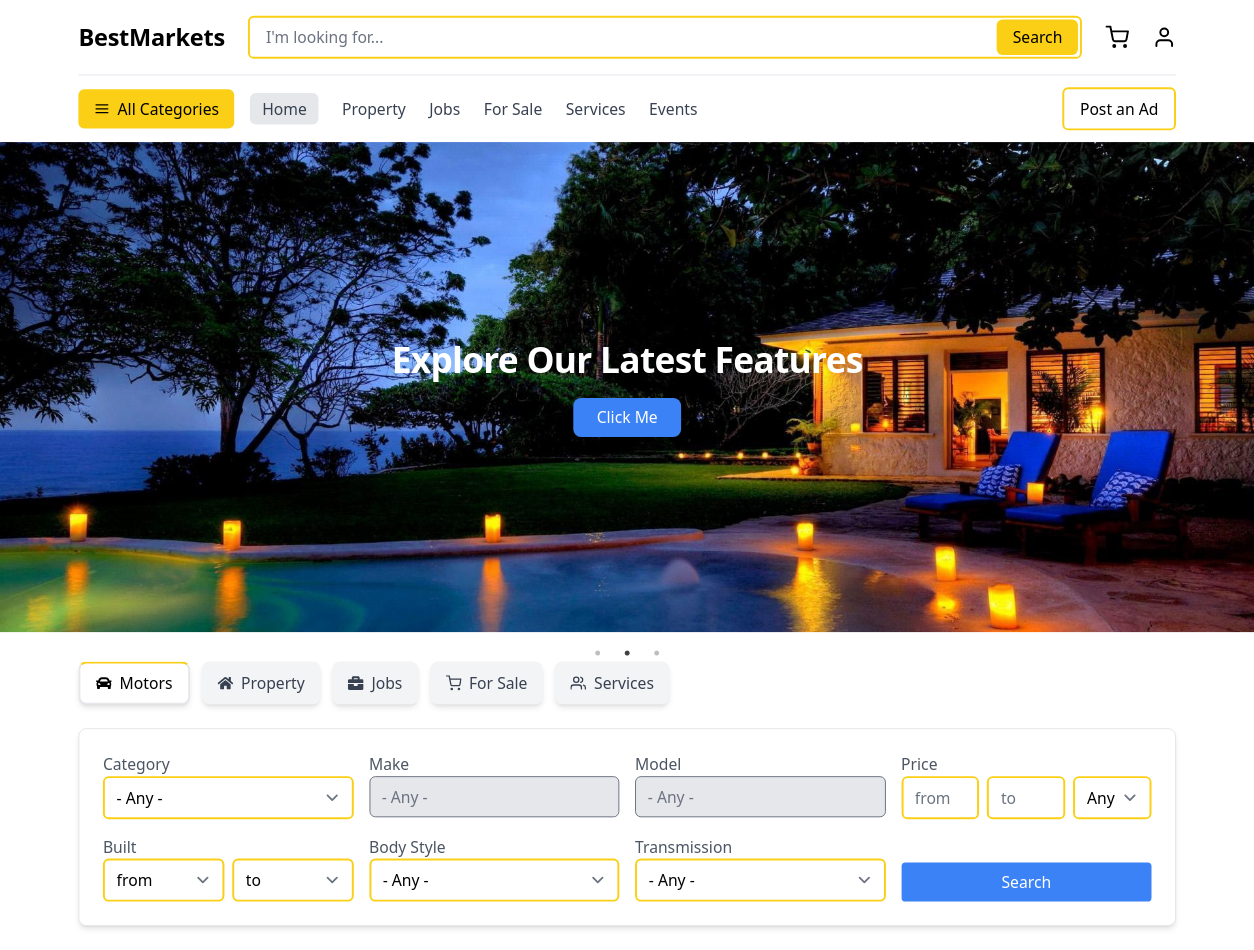
Repository: geri1123/classifieds
Page: / (app in frontend/)
These files come from the project's save history. The page is drawn as it stood at one moment and after the next save; the edit follows.
The browser window is 1280 px wide. The pictures show the whole page, at 98% of full size.
The page's requests for data from a server got no answer. The project was rebuilt for these pictures with package versions that can differ from the ones it lists, and the page was loaded fresh each time. The framework's server and built-in components were replaced by stand-ins that run in the browser. No one was signed in, and anything a server would have sent is missing. Also part of the build but not shown: frontend/next.config.mjs, frontend/src/app/components/ui/DropdownMenu.jsx, frontend/src/app/auth/login/login.jsx.

Above is the page before, as saved 2025-03-29 14:01:10.

After the next save:
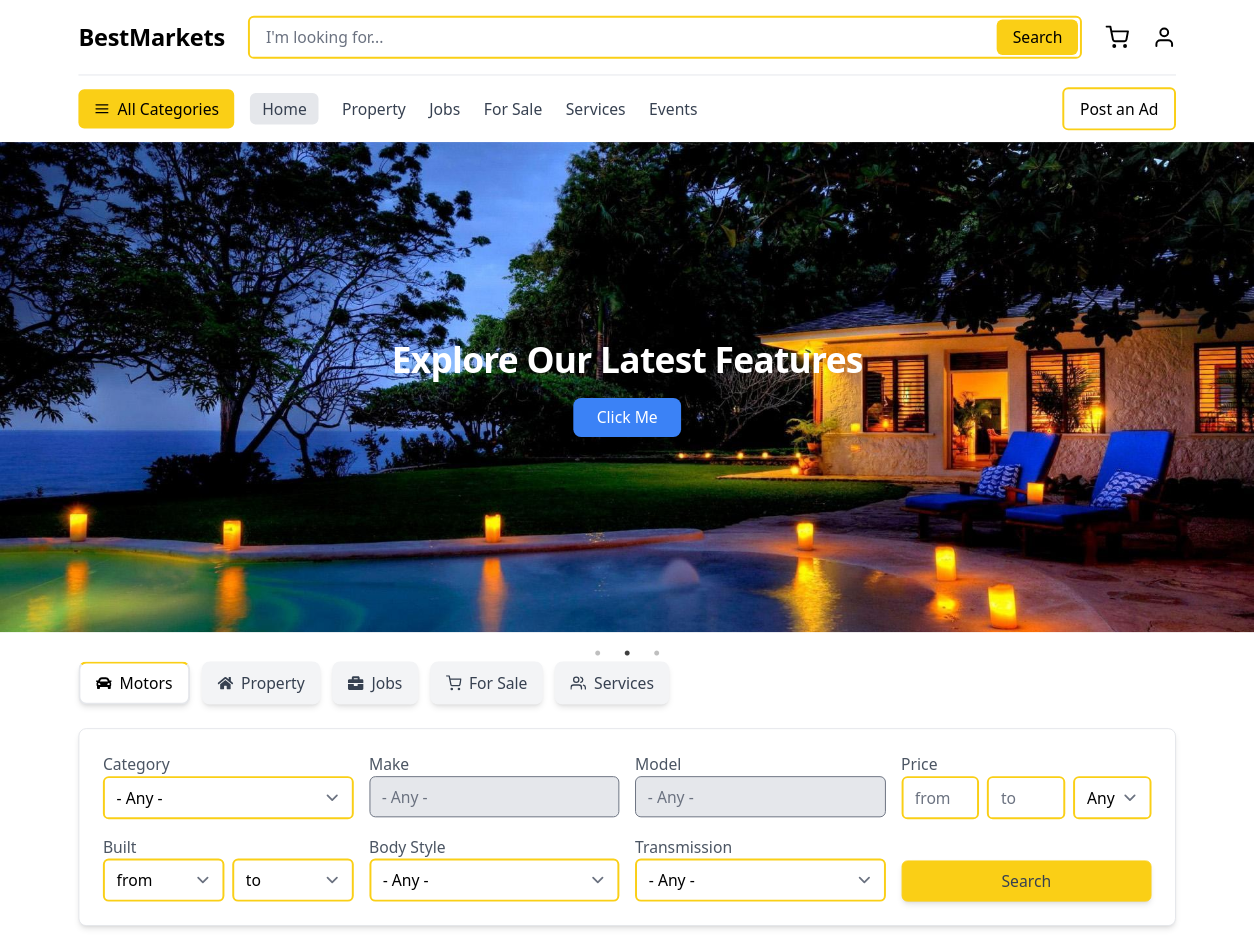
Saved 67 s later.
--- a/frontend/src/app/components/ui/Button.jsx
+++ b/frontend/src/app/components/ui/Button.jsx
@@ -1,15 +1,13 @@
-import React from 'react';
-
-const Button = ({ loading, children, ...props }) => {
+const Button = ({loading , children  , ...props}) => {
   return (
     <button
-      className={` w-full bg-blue-500 text-white p-2 rounded hover:bg-blue-600 disabled:bg-gray-400`}
-      disabled={loading}
-      {...props}
-    >
-      {loading ? "loading..." : children}
-    </button>
-  );
-};
+    className={`${loading? 'cursor-':''} w-full cursor-pointer bg-yellow-40 hover:bg-yellow-400 text-gray-700 px-4 py-2 rounded-md font-medium shadow-md border border-yellow-40`}
+    disabled={loading}
+    {...props}
+  >
+    {loading ? "loading..." : children}
+  </button>
+  )
+}
 
-export default Button;
+export default Button
